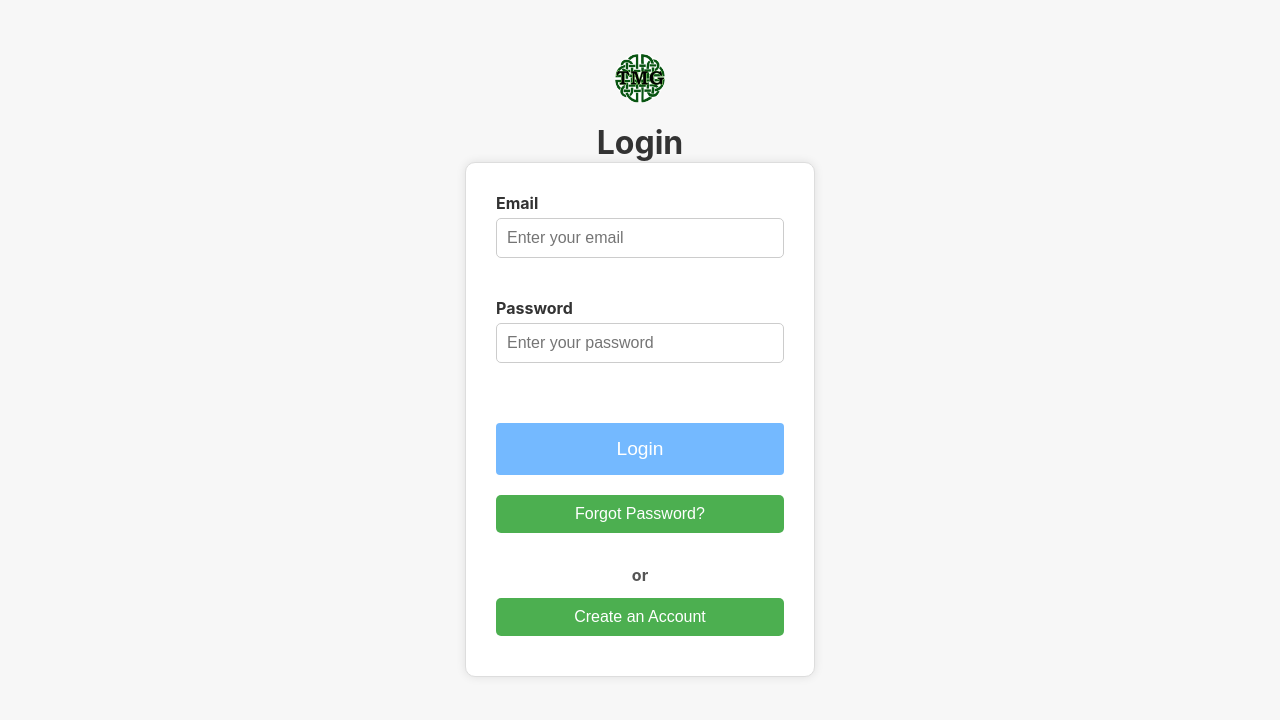
Repository: MachaGroup/MachaGroupIntegration
Page: /Login
The author's editor kept a copy of each file at every save. The page is drawn from the files as they stood at one save, then again after the next save.
The browser window is 1280 px wide. The pictures show the whole page.
The project was rebuilt for these pictures with package versions that can differ from the ones it lists, and the page was loaded fresh each time. Also part of the build but not shown: src/Screens/FormInputPage.js, src/Screens/MainScreen.css, src/Screens/MainScreen.js, src/Screens/AboutUs.js, src/Screens/FAQ.js, src/firebaseConfig.js, src/Screens/ContactUs.js, src/Screens/Settings.css and 151 more.

Above is the page before, as saved 2024-11-06 17:21:54.

### src/Screens/Login.js
import React, { useState, useEffect } from 'react';
import { useNavigate } from 'react-router-dom';
import { getAuth, onAuthStateChanged, signInWithEmailAndPassword } from 'firebase/auth';
import './Login.css';
import logo from '../assets/MachaLogo.png';

function Login() {
  const [email, setEmail] = useState('');
  const [password, setPassword] = useState('');
  const navigate = useNavigate();
  const auth = getAuth();

  // Check if the user is already logged in on component mount
  useEffect(() => {
    const unsubscribe = onAuthStateChanged(auth, (user) => {
      if (user) {
        // User is logged in, redirect to the main screen
        navigate('/Main');
      }
    });

    // Clean up the listener when the component unmounts
    return () => unsubscribe();
  }, [auth, navigate]);

  const handleLogin = async (e) => {
    e.preventDefault();
    try {
      await signInWithEmailAndPassword(auth, email, password);
      console.log('Login successful');
      navigate('/Main');  // Redirect to the main screen on successful login
    } catch (error) {
      console.error('Error logging in:', error.message);
      // Display appropriate error messages
      if (error.code === 'auth/user-not-found') {
        alert('No user found with that email');
      } else if (error.code === 'auth/wrong-password') {
        alert('Incorrect password.');
      } else {
        alert('An error occurred. Please try again later');
      }
    }
  };

  const handleCreateanAccount = () => {
    navigate('/CreateanAccount');  // Redirect to the create account page
  };

  const handleForgotPassword = () => {
    navigate('/ForgotPassword');  // Redirect to the forgot password page
  };

  return (
    <div className="login-container">
      {/* Logo image */}
      <img src={logo} alt="Logo" className="logo" />

      <h1>Login</h1>
      <form onSubmit={handleLogin}>
        <div className="form-group">
          <label>Email</label>
          <input
            type="email"
            value={email}
            onChange={(e) => setEmail(e.target.value)}
            placeholder="Enter your email"
            required
          />
        </div>

        <div className="form-group">
          <label>Password</label>
          <input
            type="password"
            value={password}
            onChange={(e) => setPassword(e.target.value)}
            placeholder="Enter your password"
            required
          />
        </div>

        <button type="submit">Login</button>

        {/* Forgot Password link */}
        <p className="forgot-password-text">
          <button type="button" className="forgot-password-link" onClick={handleForgotPassword}>
            Forgot Password?
          </button>
        </p>

        {/* or text */}
        <p className="or-text">or</p>

        {/* Create Account button */}
        <button type="button" onClick={handleCreateanAccount}>Create an Account</button>
      </form>
    </div>
  );
}

export default Login;

### src/Screens/Login.css
/* Main container styling */
.logo{
  width: 300px;  /* Adjust size as needed */
  margin-bottom: 20px;  /* Spacing below the logo */
}
.login-container {
  display: flex;
  flex-direction: column;
  align-items: center;
  justify-content: center;
  height: 100vh;
  background-color: #f7f7f7;
  padding: 20px;
}
.password-container {
  position: relative;
  display: flex;
  align-items: center;
}

.password-container input {
  width: 100%;
  padding-right: 30px; /* Space for the eye icon */
}

.password-toggle {
  position: absolute;
  right: 10px;
  cursor: pointer;
  font-size: 1.2em;
  display: flex;
  align-items: center; /* Ensures icon centers vertically */
  height: 100%; /* Matches the height of the input for better alignment */
}


/* Form container */
form {
  display: flex;
  flex-direction: column;
  width: 350px; /* Increased width */
  background-color: #fff;
  padding: 30px; /* Increased padding */
  border: 1px solid #ddd;
  border-radius: 10px;
  box-shadow: 0 0 10px rgba(0, 0, 0, 0.1);
}

/* Form group */
.form-group {
  margin-bottom: 15px;
}

.form-group label {
  display: block;
  margin-bottom: 5px;
  color: #333;
}

.form-group input {
  width: 100%;
  padding: 10px;
  border: 1px solid #ccc;
  border-radius: 5px;
}

/* Button styling */
button {
  width: 100%;
  padding: 10px;
  background-color: #4CAF50;
  color: white;
  border: none;
  border-radius: 5px;
  cursor: pointer;
  font-size: 1em;
  margin-bottom: 10px; /* Spacing between buttons */
}

button:hover {
  background-color: #45a049;
}

/* "or" text styling */
.or-text {
  text-align: center;
  color: #555;
  margin: 10px 0; /* Spacing between buttons */
  font-weight: bold;
}

/* Link and paragraph styling */
p {
  margin-top: 15px;
  color: #555;
  text-align: center;
}

a {
  color: #007bff;
  text-decoration: none;
}

a:hover {
  text-decoration: underline;
}

### src/Screens/FormInputPage.css
/* General Layout */
.form-page {
  display: flex;
  flex-direction: column;
  align-items: center;
  justify-content: flex-start;
  background-color: #f0f0f0;
  min-height: 100vh;
  padding: 20px;
  box-sizing: border-box;
}

/* Header Styling */
.header {
  display: flex;
  flex-direction: column;
  align-items: center;
  margin-bottom: 10px;
}

h1 {
  font-size: 2em;
  color: #333;
}

.logo {
  width: 50px;
  height: 50px;
  margin-top: 10px;
}

/* Back Button Styling */
.back-button-container {
  align-self: flex-start;
  margin-bottom: 20px;
}

.back-button {
  background: none;
  border: none;
  font-size: 2em;
  cursor: pointer;
  color: #333;
}

/* Form Container Styling */
.form-container {
  background-color: white;
  padding: 30px;
  border-radius: 8px;
  box-shadow: 0 4px 8px rgba(0, 0, 0, 0.1);
  width: 70%; /* Expanded to fit more screen width */
  max-width: 900px; /* Cap the width on large screens */
  box-sizing: border-box;
}

/* Form Sections */
.form-section {
  display: flex;
  flex-direction: column; /* Stack label above button */
  align-items: center; /* Center both the label and button */
  margin-bottom: 15px;
  width: 100%; /* Make sure the button takes the full container width */
}

.form-section label {
  font-size: 1em;
  color: #333;
  margin-bottom: 10px; /* Add space between the label and button */
  text-align: center; /* Center the label */
  width: 100%; /* Make the label take the full width */
}

/* Form Button Styling - Same as Save/Submit Buttons */
.form-button {
  width: 100%; /* Full width to match Save/Submit buttons */
  padding: 15px;
  background-color: #74b9ff; /* Matches Save/Submit buttons */
  color: white;
  border: none;
  border-radius: 4px;
  cursor: pointer;
  font-size: 1em;
  transition: background-color 0.3s ease;
}

.form-button:hover {
  background-color: #0984e3; /* Hover color */
}

/* Save Button Styling */
.save-button {
  width: 100%;
  padding: 15px;
  background-color: #74b9ff;
  color: white;
  border: none;
  border-radius: 4px;
  cursor: pointer;
  font-size: 1em;
  margin-top: 15px;
}

.save-button:hover {
  background-color: #0984e3;
}

/* Submit Button Styling */
.submit-button {
  width: 100%;
  padding: 15px;
  background-color: #74b9ff;
  color: white;
  border: none;
  border-radius: 4px;
  cursor: pointer;
  font-size: 1em;
  margin-top: 15px;
}

.submit-button:hover {
  background-color: #0984e3;
}

### src/Screens/AboutUs.css
/* General Page Styling */
.about-page {
    background-color: white; /* Set the background color to white */
    min-height: 100vh;
    padding: 20px;
    box-sizing: border-box;
  }

  /* Header Styling */
  .header {
    display: flex;
    justify-content: space-between; /* Align title to the left, logo to the right */
    align-items: center;
    width: 100%;
    padding: 20px;
    background-color: #b0d3e6;
    border-bottom: 1px solid #ddd;
  }

  .title {
    font-size: 2em;
    color: #333;
    margin: 0;
  }

  .logo {
    width: 100px;
    height: 100px;
    border-radius: 50%;
  }


  /* About Container Styling */
  .about-container {
    background-color: white;
    padding: 20px;
    border-radius: 10px;
    box-shadow: 0px 4px 10px rgba(0, 0, 0, 0.1);
    width: 100%;
    max-width: 800px;
    margin: 20px auto; /* Center the about section */
  }

  .back-button {
    margin-top: 20px; /* Add space between header and back button */
    background: none;
    border: none;
    font-size: 2em;
    cursor: pointer;
    color: #333;
    padding: 5px 10px;
    text-align: left; /* Align button to the left */
    padding-left: 20px; /* Add padding to the left */
  }

  h2 {
    text-align: center;
    margin-bottom: 20px;
    color: #333;
  }

  .about-content h3 {
    margin-top: 15px;
    color: #333;
  }

  ul {
    list-style-type: none;
    padding-left: 0;
  }

  ul li {
    margin: 5px 0;
  }

  p {
    margin: 10px 0;
    color: #333;
    line-height: 1.6;
  }

  strong {
    font-weight: bold;
  }

### src/Screens/FAQ.css
/* Reset all elements to remove any padding or margin affecting layout */
* {
    margin: 0;
    padding: 0;
    box-sizing: border-box;
  }

  /* General styling for body and html */
  body, html {
    width: 100%;
    height: 100%;
    margin: 0;
    padding: 0;
    overflow-x: hidden; /* Prevent horizontal scrollbars */
  }

  /* Full-width Header Styling */
  .header {
    display: flex;
    justify-content: space-between; /* Align title to the left, logo to the right */
    align-items: center;
    width: 100%; /* Ensure full width across the screen */
    padding: 15px; /* Padding inside the header */
    background-color: #b0d3e6; /* Light blue background */
    box-sizing: border-box;
    margin: 0 auto; /* Center the header, just in case */
  }

  /* Title Styling */
  .title {
    font-size: 2em;
    color: #333;
    text-align: left;
    flex-grow: 1; /* Allow title to take the available space */
  }

  /* Logo Styling */
  .logo {
    width: 60px;
    height: 60px;
    border-radius: 50%;
  }

  /* Back Button Styling */
  .back-button {
    background: none;
    border: none;
    font-size: 1.8em;
    cursor: pointer;
    color: #333;
  }

  /* Responsive Container for FAQ */
  .faq-container {
    background-color: white;
    padding: 20px;
    border-radius: 10px;
    box-shadow: 0px 4px 10px rgba(0, 0, 0, 0.1);
    width: 90%; /* Take up most of the screen, but not the full width */
    max-width: 1000px; /* Limit max width for larger screens */
    margin: 20px auto;
    text-align: center;
  }

  /* Input Container Styling */
  .input-container {
    width: 100%;
    max-width: 1000px;
    margin: 20px auto;
    padding: 0 10px;
  }

  .question-input {
    width: 100%;
    height: 200px;
    padding: 15px;
    font-size: 1em;
    border: 1px solid #ccc;
    border-radius: 5px;
    box-sizing: border-box;
    resize: vertical;
  }

  /* Responsive Header Styling */
  @media (max-width: 768px) {
    .header {
      padding: 10px;
    }

    .title {
      font-size: 1.5em;
    }

    .logo {
      width: 40px;
      height: 40px;
    }

    .back-button {
      font-size: 1.5em;
    }

    .faq-container {
      width: 95%; /* Adjust for small screens */
    }
  }

  @media (min-width: 769px) {
    .header {
      padding: 20px; /* Increase padding for desktop */
    }

    .title {
      font-size: 2.5em;
    }

    .logo {
      width: 70px;
      height: 70px; /* Larger logo for desktop */
    }

    .back-button {
      font-size: 2em;
    }
  }

### src/Screens/ContactUs.css
/* General Page Styling */
.contact-us-page {
    background-color: white;
    min-height: 100vh;
    padding: 20px;
    box-sizing: border-box;
    display: flex;
    flex-direction: column;
    align-items: center; /* Center content horizontally */
  }

  /* Header Styling */
  .header {
    display: flex;
    justify-content: space-between;
    align-items: center;
    background-color: #b0d3e6;
    padding: 10px;
    width: 100%;
    max-width: 800px; /* Ensure the header stays within the container width */
    box-sizing: border-box;
  }

  /* Back Button Styling */
  .back-button {
    background: none;
    border: none;
    font-size: 2em;
    cursor: pointer;
    color: #333;
  }

  /* Title Styling */
  .title {
    font-size: 1.8em;
    color: #333;
    margin: 0;
  }

  /* Logo Styling */
  .logo {
    width: 100px;
    height: 100px;
    border-radius: 50%;
  }

  /* Form Container */
  .form-container {
    background-color: white;
    padding: 20px;
    border-radius: 10px;
    box-shadow: 0px 4px 10px rgba(0, 0, 0, 0.1);
    width: 100%;
    max-width: 800px;
    box-sizing: border-box;
    display: flex;
    flex-direction: column;
    align-items: center; /* Center the form fields */
  }

  /* Form Styling */
  .contact-form {
    width: 100%; /* Form takes up full container width */
    display: flex;
    flex-direction: column;
    align-items: center; /* Center form fields horizontally */
  }

  .form-row {
    width: 100%; /* Make sure each row takes up the full width */
    display: flex;
    justify-content: space-between;
    margin-bottom: 15px;
  }

  .form-row input,
  .form-row textarea {
    width: 100%; /* Full width for inputs */
    padding: 10px;
    font-size: 1em;
    border: 1px solid #ccc;
    border-radius: 5px;
    box-sizing: border-box;
  }

  .form-row input {
    margin-bottom: 10px; /* Add space between input fields */
  }

  textarea {
    resize: none;
  }

  /* File Upload Styling */
  .file-upload {
    display: flex;
    justify-content: center; /* Center the upload label */
    align-items: center;
    width: 100%;
    margin-left: 10px;
  }

  .file-upload input[type="file"] {
    display: none;
  }

  .file-upload label {
    display: inline-block;
    padding: 10px 20px;
    background-color: #74b9ff;
    color: white;
    border-radius: 5px;
    cursor: pointer;
    transition: background-color 0.3s;
  }

  .file-upload label:hover {
    background-color: #0984e3;
  }

  /* Submit Button Styling */
  .submit-button {
    background-color: #74b9ff;
    color: white;
    padding: 10px;
    border: none;
    border-radius: 5px;
    cursor: pointer;
    font-size: 1.2em;
    margin-top: 15px;
    transition: background-color 0.3s;
  }

  .submit-button:hover {
    background-color: #0984e3;
  }

### src/Screens/Pricing.css
/* General Reset */
* {
    margin: 0;
    padding: 0;
    box-sizing: border-box;
  }

  /* Container */
  .pricing-container {
    width: 100%;
    text-align: center;
    padding: 20px;
  }

  /* Header */
  .header {
    display: flex;
    justify-content: space-between;
    align-items: center;
    padding: 15px;
    background-color: #b0d3e6;
  }

  .title {
    font-size: 2em;
    color: #333;
  }

  .logo {
    width: 100px;
    height: 100px;
  }

  .back-button {
    background: none;
    border: none;
    font-size: 1.8em;
    cursor: pointer;
    color: #333;
  }

  /* Pricing Plans */
  .pricing-plans {
    display: flex;
    justify-content: space-between;
    margin: 20px 0;
    flex-wrap: wrap;
  }

  .pricing-card {
    background-color: #f0f4f8;
    padding: 20px;
    width: 30%;
    border-radius: 10px;
    box-shadow: 0px 4px 8px rgba(0, 0, 0, 0.1);
    text-align: center;
  }

  .pricing-card h2 {
    font-size: 1.5em;
    margin-bottom: 10px;
  }

  .pricing-card h3 {
    font-size: 2em;
    margin-bottom: 10px;
  }

  .pricing-card ul {
    list-style: none;
    margin-bottom: 10px;
  }

  .pricing-card ul li {
    font-size: 1em;
    margin-bottom: 5px;
  }

  .get-started {
    background-color: #4CAF50;
    color: white;
    padding: 10px 15px;
    border: none;
    border-radius: 5px;
    cursor: pointer;
    transition: background-color 0.3s;
  }

  .get-started:hover {
    background-color: #45a049;
  }

  /* Comparison Table */
  .comparison-table {
    margin: 20px 0;
    overflow-x: auto; /* Add horizontal scrolling on small screens */
  }

  table {
    width: 100%;
    border-collapse: collapse;
    table-layout: fixed; /* Ensure table columns have equal width */
  }

  th, td {
    padding: 15px;
    border: 1px solid #ddd;
    text-align: center;
    white-space: nowrap; /* Prevent text from wrapping in table cells */
  }

  th {
    background-color: #f0f4f8;
    font-weight: bold;
  }

  td {
    background-color: #ffffff;
  }

  table th, table td {
    min-width: 120px; /* Set a minimum width for each column */
  }

  @media (max-width: 768px) {
    .pricing-plans {
      flex-direction: column; /* Stack plans vertically on small screens */
    }

    .pricing-card {
      width: 100%; /* Make pricing cards take full width on mobile */
      margin-bottom: 20px;
    }
  }

### src/Screens/FormQuestions.css
/* General Layout */
.form-page {
    display: flex;
    flex-direction: column;
    align-items: center;
    justify-content: flex-start;
    background-color: #f7f7f7;
    min-height: 100vh;
    padding: 20px;
    box-sizing: border-box;
    font-family: Arial, sans-serif;
}

/* Header Styling */
.header {
    display: flex;
    flex-direction: column;
    align-items: center;
    margin-bottom: 20px;
}

h1 {
    font-size: 2em;
    color: #333;
    text-align: center;
}

.logo {
    width: 50px;
    height: 50px;
    margin-top: 10px;
}

/* Form Container Styling */
.form-container {
    background-color: white;
    padding: 30px;
    border-radius: 8px;
    box-shadow: 0 4px 8px rgba(0, 0, 0, 0.1);
    width: 100%;
    max-width: 900px;
    box-sizing: border-box;
    margin-bottom: 20px;
}

h2 {
    font-size: 1.5em;
    color: #333;
    margin-bottom: 15px;
}

label {
    display: block;
    font-size: 1em;
    color: #333;
    margin-bottom: 5px;
    text-align: left;
}

/* Increased spacing between form sections */
.form-section {
    margin-bottom: 30px; /* Increased space between questions */
    display: flex;
    flex-direction: column;
    align-items: center; /* Center the inputs */
    text-align: left;
}

/* Input Fields Styling */
input[type="text"],
textarea,
input[type="radio"] {
    display: block;
    width: 100%;
    padding: 12px; /* Increased padding for inputs */
    font-size: 1em;
    border: 1px solid #ccc;
    border-radius: 4px;
    margin-top: 10px; /* Added margin to ensure space from question text */
    margin-bottom: 20px; /* Add space below the input fields */
    box-sizing: border-box;
    max-width: 600px; /* Limit the width of the input fields */
}

textarea {
    resize: vertical;
    height: 100px;
}

input[type="radio"] {
    width: auto;
    margin-right: 10px;
}

/* Align radio buttons and labels horizontally */
.form-section div {
    display: flex;
    align-items: center;
    justify-content: flex-start;
}

.form-section div input[type="radio"] {
    margin-right: 5px;
}

.form-section div label {
    margin-right: 15px;
}

/* Form Button Styling */
.form-button {
    padding: 10px 20px;
    background-color: #74b9ff;
    color: white;
    border: none;
    border-radius: 4px;
    cursor: pointer;
    font-size: 1em;
    transition: background-color 0.3s ease;
}

.form-button:hover {
    background-color: #0984e3;
}

/* Submit Button Styling */
button[type="submit"] {
    width: 100%;
    padding: 15px;
    background-color: #74b9ff;
    color: white;
    border: none;
    border-radius: 4px;
    cursor: pointer;
    font-size: 1.2em;
    margin-top: 20px;
}

button[type="submit"]:hover {
    background-color: #0984e3;
}

/* Back Button Styling */
.back-button {
    background: none;
    border: none;
    font-size: 1.5em;
    cursor: pointer;
    color: #333;
    margin-bottom: 20px;
}

.back-button:hover {
    color: #0984e3;
}

/* Spacing between lines and after input fields */
.form-section + .form-section {
    margin-top: 10px; /* Add space between questions */
}

input,
textarea {
    margin-bottom: 20px; /* Space between input areas and the words after them */
}

/* Responsiveness */
@media (max-width: 768px) {
    .form-container {
      width: 90%;
      padding: 20px;
    }

    h1 {
      font-size: 1.5em;
    }

    h2 {
      font-size: 1.2em;
    }
}

### src/Screens/CreateanAccount.css
/* Main container for the form */
.create-account-container {
  display: flex;
  flex-direction: column;
  align-items: center;
  padding: 20px;
  font-family: Arial, sans-serif;
}

/* Back button styling */
.back-button {
  align-self: flex-start;
  font-size: 24px;
  background: none;
  border: none;
  cursor: pointer;
  color: #333;
  margin-bottom: 10px;
}

/* Title styling */
.create-account-title {
  font-size: 32px;
  font-weight: bold;
  color: #4A79E8;
  margin-bottom: 20px;
}

/* Form styling */
.account-form {
  width: 100%;
  max-width: 500px;
  display: flex;
  flex-direction: column;
  align-items: center;
  border: 1px solid #ddd;
  padding: 20px;
  border-radius: 8px;
  background-color: #f9f9f9;
  box-shadow: 0px 4px 8px rgba(0, 0, 0, 0.1);
}

/* Grouping each input field with label */
.form-group {
  width: 100%;
  margin-bottom: 20px;
}

label {
  font-weight: bold;
  margin-bottom: 5px;
  display: block;
  color: #333;
}

input {
  width: 100%;
  padding: 10px;
  font-size: 16px;
  border: 1px solid #ddd;
  border-radius: 5px;
  box-sizing: border-box;
}

/* Styling for the address section */
.address-section {
  width: 100%;
  margin-top: 20px;
}

.address-section h3 {
  font-weight: bold;
  margin-bottom: 10px;
  color: #4A79E8;
}

/* Grid styling for the address input fields */
.address-inputs {
  display: grid;
  grid-template-columns: 1fr 1fr;
  gap: 15px;
  width: 100%;
}

/* Full-width button styling */
.create-account-button {
  width: 100%;
  padding: 10px;
  margin-top: 20px;
  background-color: #4A79E8;
  color: white;
  font-weight: bold;
  font-size: 18px;
  border: none;
  border-radius: 5px;
  cursor: pointer;
  transition: background-color 0.3s ease;
}

.create-account-button:hover {
  background-color: #3a5bb5;
}

/* Link styling */
.skip-link, .cancel-link {
  color: #4A79E8;
  text-decoration: none;
  margin-top: 10px;
  font-size: 14px;
  cursor: pointer;
}

.skip-link:hover, .cancel-link:hover {
  text-decoration: underline;
}

Loaded but not shown: public/index.html (common file); src/index.js (common file); src/index.css (common file); src/reportWebVitals.js (common file); src/App.css (common file); src/App.js (330 lines, source omitted)

After the next save:
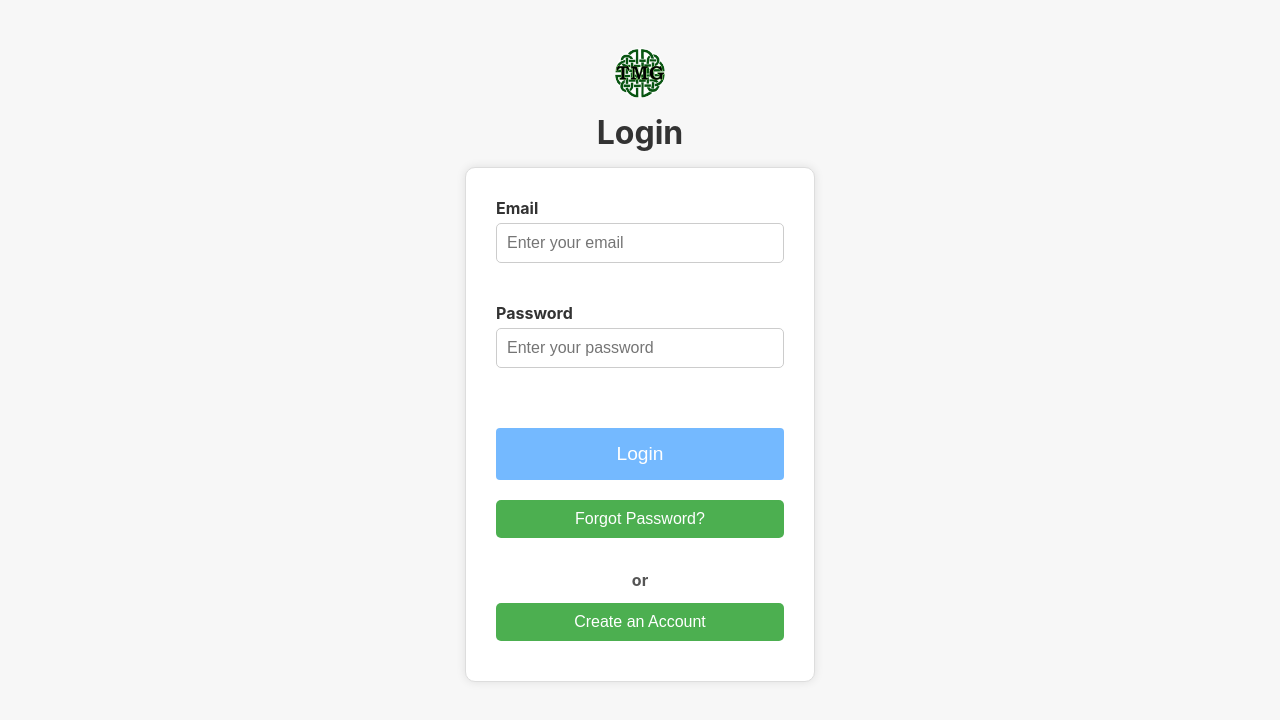
Saved 2 min 26 s later.
--- a/src/Screens/Login.css
+++ b/src/Screens/Login.css
@@ -1,7 +1,11 @@
 /* Main container styling */
+h1 {
+  padding-bottom: 15px;
+}
+
 .logo{
   width: 300px;  /* Adjust size as needed */
-  margin-bottom: 20px;  /* Spacing below the logo */
+  margin-bottom: 15px;  /* Spacing below the logo */
 }
 .login-container {
   display: flex;
@@ -97,7 +101,7 @@
 }
 
 a {
-  color: #007bff;
+  color: #4CAF50;
   text-decoration: none;
 }
 
